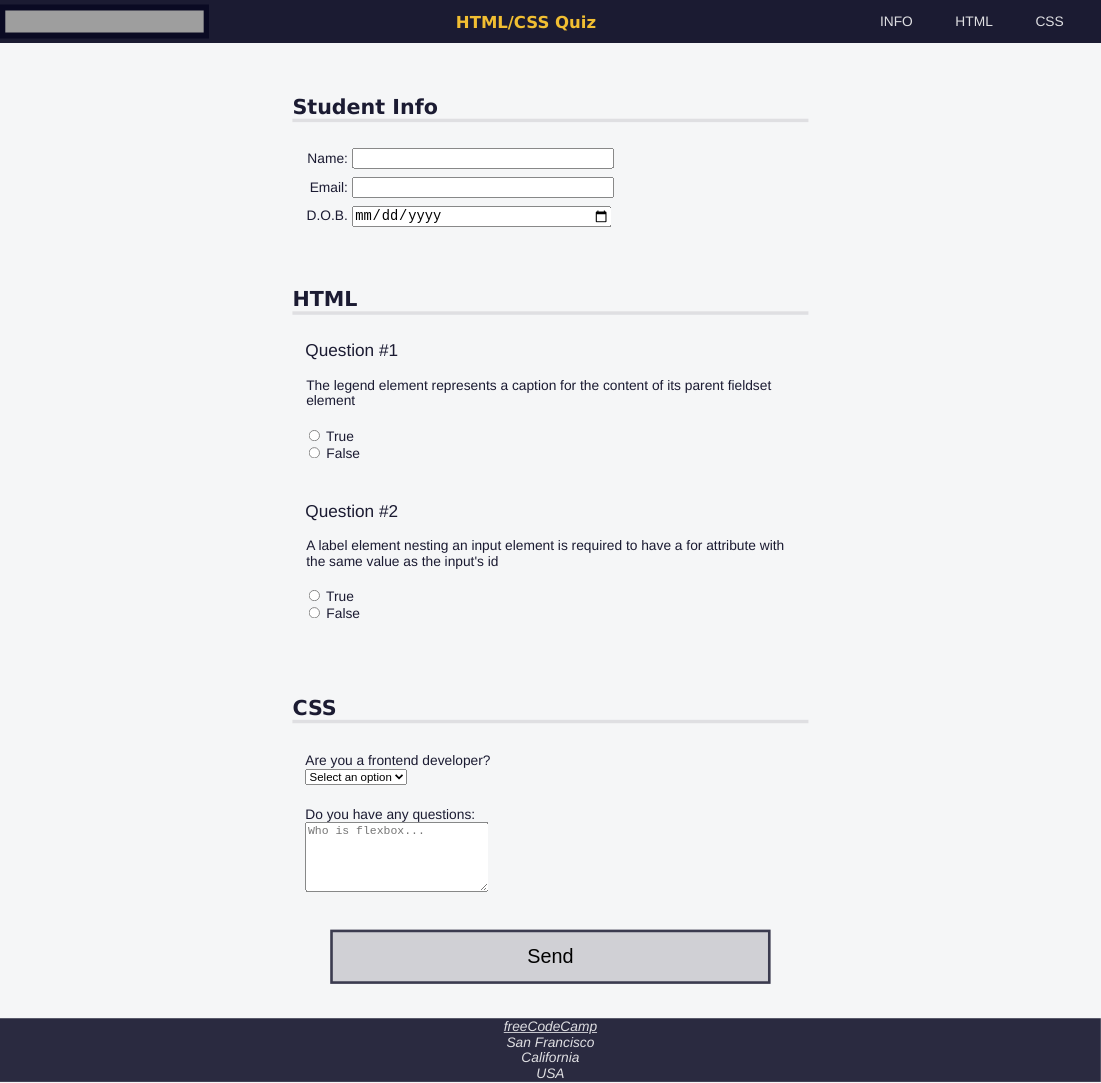
Repository: cipdanila/freeCodeCamp
Page: Quiz/index.html
The author's editor kept a copy of each file at every save. The page is drawn from the files as they stood at one save, then again after the next save.
The browser window is 1280 px wide. The pictures show the whole page, at 86% of full size.
Pictures or frames that could not be fetched are drawn as grey boxes.

Above is the page before, as saved 2023-10-18 20:00:18.

### Quiz/index.html
<!DOCTYPE html>
<html lang="en">
    <head>
        <meta charset="UTF-8" />
        <meta name="viewport" content="width=device-width, initial-scale=1.0" />
        <meta
            name="description"
            content="freeCodeCamp Accessibility Quiz practice project"
        />
        <title>Accessibility Quiz</title>
        <link rel="stylesheet" href="styles.css" />
    </head>
    <body>
        <header>
            <img
                id="logo"
                src="https://cdn.freecodecamp.org/platform/universal/fcc_primary.svg"
            />
            <h1>HTML/CSS Quiz</h1>
            <nav>
                <ul>
                    <li><a href="#student-info">INFO</a></li>
                    <li><a href="#html-questions">HTML</a></li>
                    <li><a href="#css-questions">CSS</a></li>
                </ul>
            </nav>
        </header>
        <main>
            <form
                method="post"
                action="https://freecodecamp.org/practice-project/accessibility-quiz"
            >
                <section role="region" aria-labelledby="student-info">
                    <h2 id="student-info">Student Info</h2>
                    <div class="info">
                        <label for="student-name">Name:</label>
                        <input
                            type="text"
                            name="student-name"
                            id="student-name"
                        />
                    </div>
                    <div class="info">
                        <label for="student-email">Email:</label>
                        <input
                            type="email"
                            name="student-email"
                            id="student-email"
                        />
                    </div>
                    <div class="info">
                        <label for="birth-date"
                            >D.O.B.<span class="sr-only"
                                >(Date of Birth)</span
                            ></label
                        >
                        <input type="date" name="birth-date" id="birth-date" />
                    </div>
                </section>
                <section role="region" aria-labelledby="html-questions">
                    <h2 id="html-questions">HTML</h2>
                    <div class="question-block">
                        <p>1</p>
                        <fieldset class="question" name="html-question-one">
                            <legend>
                                The legend element represents a caption for the
                                content of its parent fieldset element
                            </legend>
                            <ul class="answers-list">
                                <li>
                                    <label for="q1-a1">
                                        <input
                                            type="radio"
                                            id="q1-a1"
                                            name="q1"
                                            value="true"
                                        />
                                        True
                                    </label>
                                </li>
                                <li>
                                    <label for="q1-a2">
                                        <input
                                            type="radio"
                                            id="q1-a2"
                                            name="q1"
                                            value="false"
                                        />
                                        False
                                    </label>
                                </li>
                            </ul>
                        </fieldset>
                    </div>
                    <div class="question-block">
                        <p>2</p>
                        <fieldset class="question" name="html-question-two">
                            <legend>
                                A label element nesting an input element is
                                required to have a for attribute with the same
                                value as the input's id
                            </legend>
                            <ul class="answers-list">
                                <li>
                                    <label for="q2-a1">
                                        <input
                                            type="radio"
                                            id="q2-a1"
                                            name="q2"
                                            value="true"
                                        />
                                        True
                                    </label>
                                </li>
                                <li>
                                    <label for="q2-a2">
                                        <input
                                            type="radio"
                                            id="q2-a2"
                                            name="q2"
                                            value="false"
                                        />
                                        False
                                    </label>
                                </li>
                            </ul>
                        </fieldset>
                    </div>
                </section>
                <section role="region" aria-labelledby="css-questions">
                    <h2 id="css-questions">CSS</h2>
                    <div class="formrow">
                        <div class="question-block">
                            <label for="customer"
                                >Are you a frontend developer?</label
                            >
                        </div>
                        <div class="answer">
                            <select name="customer" id="customer" required>
                                <option value="">Select an option</option>
                                <option value="yes">Yes</option>
                                <option value="no">No</option>
                            </select>
                        </div>
                        <div class="question-block">
                            <label for="css-questions"
                                >Do you have any questions:</label
                            >
                        </div>
                        <div class="answer">
                            <textarea
                                id="css-questions"
                                name="css-questions"
                                rows="5"
                                cols="24"
                                placeholder="Who is flexbox..."
                            ></textarea>
                        </div>
                    </div>
                </section>
                <button type="submit">Send</button>
            </form>
        </main>
        <footer>
            <address>
                <a href="https://freecodecamp.org">freeCodeCamp</a><br />
                San Francisco<br />
                California<br />
                USA
            </address>
        </footer>
    </body>
</html>

### Quiz/styles.css
body {
    background: #f5f6f7;
    color: #1b1b32;
    font-family: Helvetica;
    margin: 0;
}

header {
    width: 100%;
    height: 50px;
    background-color: #1b1b32;
    display: flex;
    justify-content: space-between;
    align-items: center;
    position: fixed;
    top: 0;
}

#logo {
    width: max(100px, 18vw);
    background-color: #0a0a23;
    aspect-ratio: 35 / 4;
    padding: 0.4rem;
}

h1 {
    color: #f1be32;
    font-size: min(5vw, 1.2em);
    text-align: center;
}

nav {
    width: 50%;
    max-width: 300px;
    height: 50px;
}

nav > ul {
    display: flex;
    justify-content: space-evenly;
    flex-wrap: wrap;
    align-items: center;
    padding-inline-start: 0;
    margin-block: 0;
    height: 100%;
}

nav > ul > li {
    color: #dfdfe2;
    margin: 0 0.2rem;
    padding: 0.2rem;
    display: block;
}

nav > ul > li:hover {
    background-color: #dfdfe2;
    color: #1b1b32;
    cursor: pointer;
}

li > a {
    color: inherit;
    text-decoration: none;
}

main {
    padding-top: 50px;
}

section {
    width: 80%;
    margin: 0 auto 10px auto;
    max-width: 600px;
}

h1,
h2 {
    font-family: Verdana, Tahoma;
}

h2 {
    border-bottom: 4px solid #dfdfe2;
    margin-top: 0px;
    padding-top: 60px;
}

.info {
    padding: 10px 0 0 5px;
}

.formrow {
    margin-top: 30px;
    padding: 0px 15px;
}

input {
    font-size: 16px;
}

.info label,
.info input {
    display: inline-block;
}

.info input {
    width: 50%;
    text-align: left;
}

.info label {
    width: 10%;
    min-width: 55px;
    text-align: right;
}

.question-block {
    text-align: left;
    display: block;
    width: 100%;
    margin-top: 20px;
    padding-top: 5px;
}

p {
    margin-top: 5px;
    padding-left: 15px;
    font-size: 20px;
}

p::before {
    content: "Question #";
}

.question {
    border: none;
    padding-bottom: 0;
}

.answers-list {
    list-style: none;
    padding: 0;
}

button {
    display: block;
    margin: 40px auto;
    width: 40%;
    padding: 15px;
    font-size: 23px;
    background: #d0d0d5;
    border: 3px solid #3b3b4f;
}

footer {
    background-color: #2a2a40;
    display: flex;
    justify-content: center;
}

footer, footer a {
    color: #dfdfe2;
}

address {
    text-align: center;
    padding: 1px;
}

.sr-only {
    position: absolute;
    width: 1px;
    height: 1px;
    padding: 0;
    margin: -1px;
    overflow: hidden;
    clip: rect(0, 0, 0, 0);
    white-space: nowrap;
    border: 0;
}

After the next save:
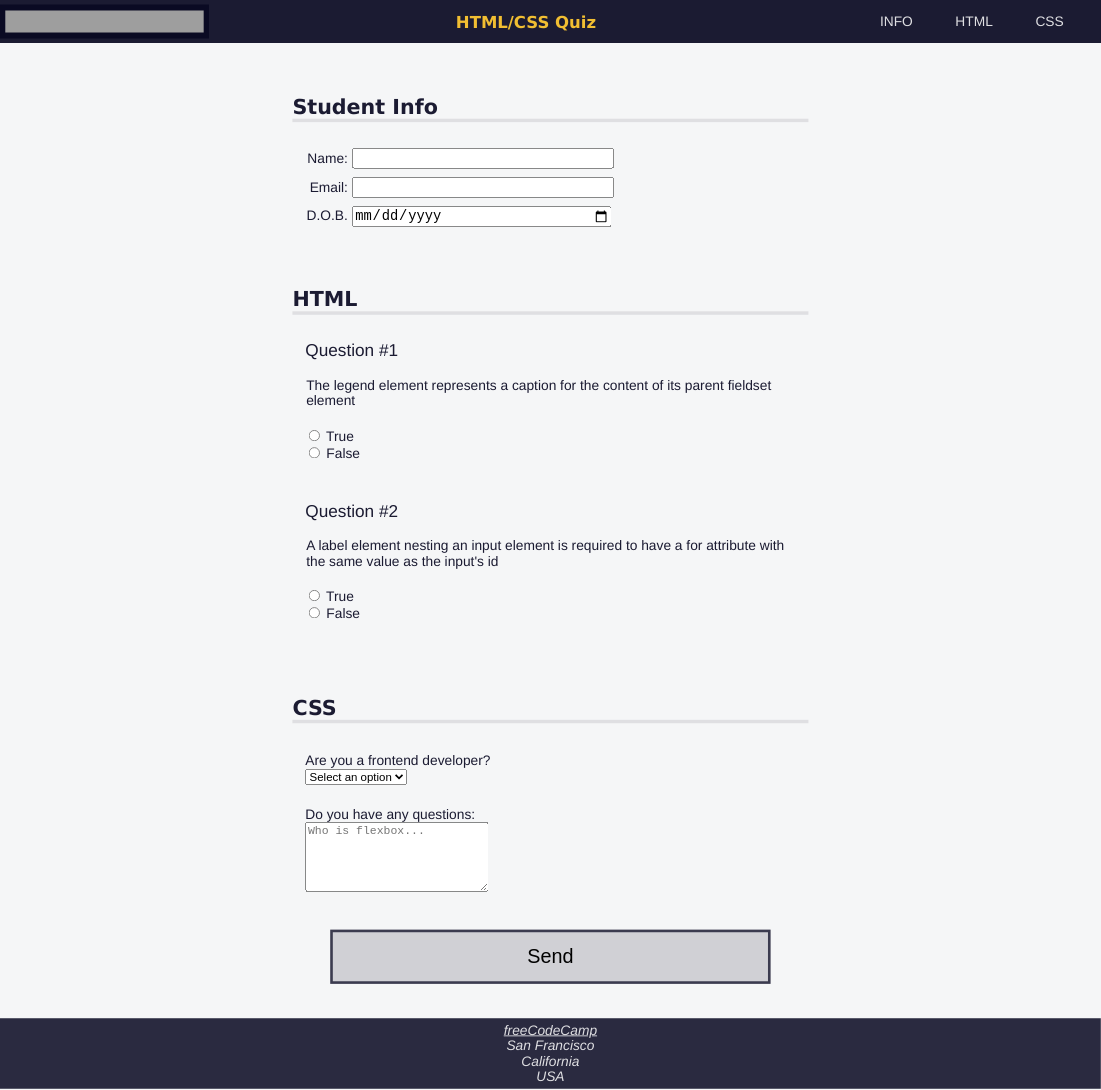
Saved 7 s later.
--- a/Quiz/styles.css
+++ b/Quiz/styles.css
@@ -163,7 +163,7 @@
 
 address {
     text-align: center;
-    padding: 1px;
+    padding: 0.3em;
 }
 
 .sr-only {
